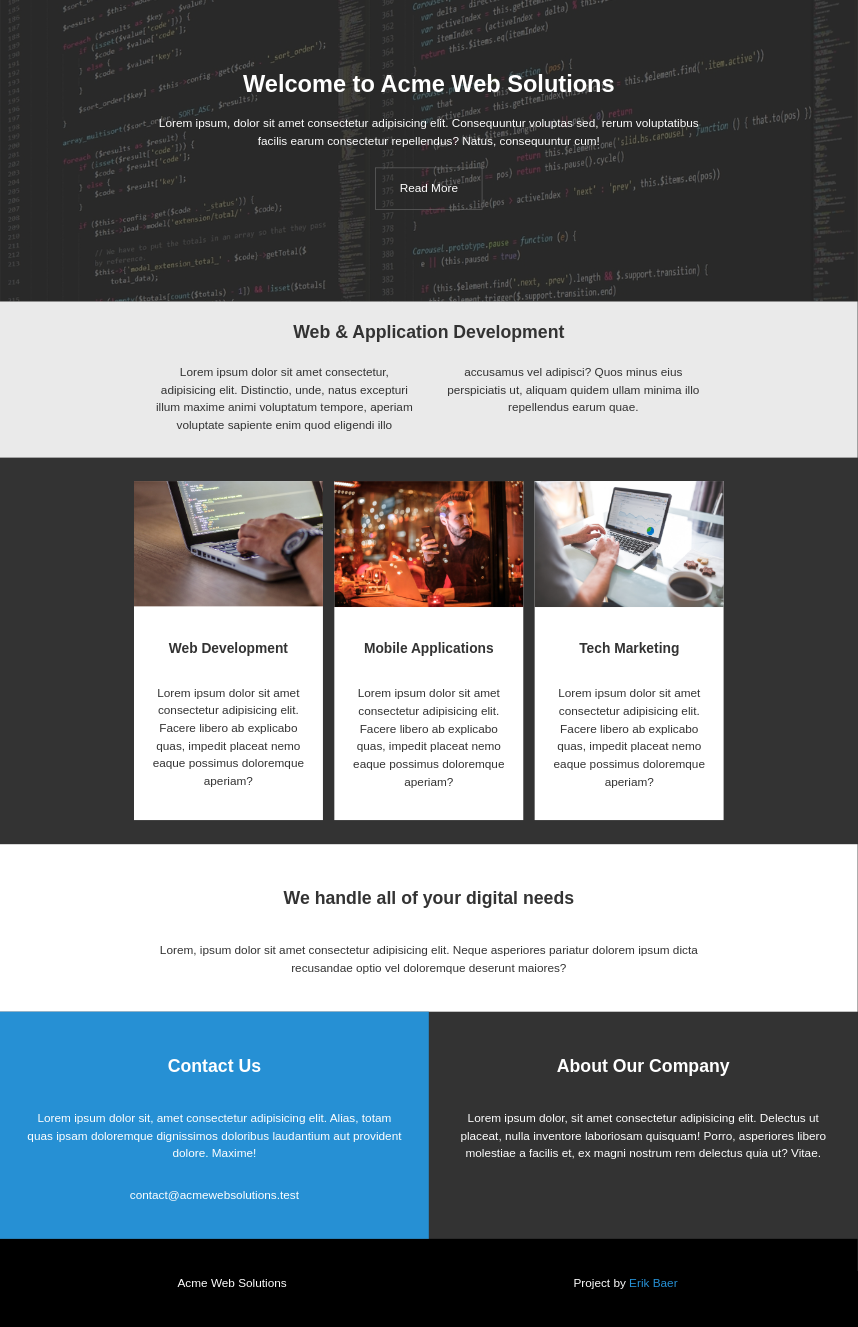
Repository: ErikBaer/MobileFirst
Page: index.html
These files come from the project's save history. The page is drawn as it stood at one moment and after the next save; the edit follows.
The browser window is 1280 px wide. The pictures show the whole page, at 67% of full size.

Above is the page before, as saved 2020-02-15 04:15:00.

### index.html
<!DOCTYPE html>
<html lang="en">
<head>
    <meta charset="UTF-8">
    <meta name="viewport" content="width=device-width, initial-scale=1.0">
    <link rel="stylesheet" type="text/css" href="style.css">
    <title>Acme Web Solutions</title>
</head>
<body>

<!--Header Showcase -->

   <header id="showcase" class="grid">
    <div class="bg-image"></div>
    <div class="content-wrap">
    <h1>Welcome to Acme Web Solutions</h1>
    <p>Lorem ipsum, dolor sit amet consectetur adipisicing elit.
         Consequuntur voluptas sed, rerum voluptatibus facilis
         earum consectetur repellendus? Natus, consequuntur cum!
        </p>
    <a href="#section-b" class="btn">Read More</a>
    </div>
</header>

<!-- Main Area -->

<main id="main">

    <!-- Section A -->

    <section id="section-a" class="grid">
        <div class="content-wrap">
            <h2 class="content-title">Web & Application Development</h2>
            <div class="content-text">
                <p>Lorem ipsum dolor sit amet consectetur, adipisicing elit.
                    Distinctio, unde, natus excepturi illum maxime animi
                    voluptatum tempore, aperiam voluptate sapiente enim quod
                    eligendi illo accusamus vel adipisci? Quos minus eius
                    perspiciatis ut, aliquam quidem ullam minima illo
                    repellendus earum quae.</p>
            </div>
        </div>
    </section>

    <!-- Section B -->

    <section id="section-b" class="grid">
        <ul>
            <li>
                <div class="card">
                    <img src="./Assets/Coding-Person.jpg" alt="">
                    <div class="card-content">
                        <h3 class="card-title">Web Development</h3>
                        <p>Lorem ipsum dolor sit amet consectetur
                            adipisicing elit. Facere libero ab explicabo
                            quas, impedit placeat nemo eaque possimus
                            doloremque aperiam?</p>
                    </div>
                </div>
            </li>
            <li>
                <div class="card">
                    <img src="./Assets/mobile-man.jpg" alt="">
                    <div class="card-content">
                        <h3 class="card-title">Mobile Applications</h3>
                        <p>Lorem ipsum dolor sit amet consectetur
                            adipisicing elit. Facere libero ab explicabo
                            quas, impedit placeat nemo eaque possimus
                            doloremque aperiam?</p>
                    </div>
                </div>
            </li>
            <li>
                <div class="card">
                    <img src="./Assets/charts.jpg" alt="">
                    <div class="card-content">
                        <h3 class="card-title">Tech Marketing</h3>
                        <p>Lorem ipsum dolor sit amet consectetur
                            adipisicing elit. Facere libero ab explicabo
                            quas, impedit placeat nemo eaque possimus
                            doloremque aperiam?</p>
                    </div>
                </div>
            </li>
        </ul>
    </section>

    <!-- Section C -->
    <section id="section-c" class="grid">
        <div class="content-wrap">
            <h2 class="content-title"> We handle all of your digital needs</h2>
            <p>Lorem, ipsum dolor sit amet consectetur adipisicing elit.
                Neque asperiores pariatur dolorem ipsum dicta recusandae
                 optio vel doloremque deserunt maiores?</p>
        </div>
    </section>

    <!-- Section D -->

    <section id="section-d" class="grid">
        <div class="box">
            <h2 class="content-title">Contact Us</h2>
            <p>Lorem ipsum dolor sit, amet consectetur adipisicing elit.
                 Alias, totam quas ipsam doloremque dignissimos doloribus
                 laudantium aut provident dolore. Maxime!</p>
            <p>contact@acmewebsolutions.test</p>
        </div>
        <div class="box">
            <h2 class="content-title">About Our Company</h2>
            <p>Lorem ipsum dolor, sit amet consectetur adipisicing elit.
                Delectus ut placeat, nulla inventore laboriosam quisquam!
                Porro, asperiores libero molestiae a facilis et, ex magni
                 nostrum rem delectus quia ut? Vitae.</p>
        </div>
    </section>
</main>

<!-- Footer -->

<footer id="main-footer" class="grid">
    <div>Acme Web Solutions</div>
    <div>Project by <a href="www.baerdata.de" target="blank">Erik Baer</a></div>
</footer>

</body>
</html>

### style.css
body {
    margin: 0;
    font-family: Arial, Helvetica, sans-serif;
    background-color: #333;
    color: white;
    font-size:1.1em;
    line-height: 1.5;
    text-align: center;
}

img {
    display:block;
    width:100%;
    height: auto;
}

h1, h2, h3 {
    margin:0;
    padding: 1em 0;
}

p {
    margin: 0;
    padding: 1em 0;
}

.btn {
    display: inline-block;
    background: 333;
    color: white;
    text-decoration: none;
    padding: 1em 2em;
    border: 1px solid #666;
    margin: .5em 0
}

.btn:hover {
  background: #eaeaea;
  color: #333;
}

/* Header Showcase */

#showcase {
    min-height: 450px;
    color: #fff;
    text-align: center;
}

#showcase .bg-image {
    position: absolute;
    background: #333 url(/Assets/code.jpg);
    background-position: center;
    background-repeat: no-repeat;
    background-size: cover;
    width: 100%;
    height: 450px;
    z-index: -1;
    opacity: 0.4;
}

#showcase h1 {
    padding-top: 100px;
    padding-bottom: 0;
}

#showcase .content-wrap,
#section-a .content-wrap {
    padding: 0 1.5em;
}


/* Section A */

#section-a {
    background: #eaeaea;
    color: #333;
    padding-bottom: 2em;
}


/* Section B */

#section-b {
    padding: 2em 1em 1em;
}

#section-b ul {
    list-style:none;
    margin:0;
    padding:0;
}

#section-b li {
    margin-bottom: 1em;
    background: #fff;
    color: #333;

}

.card-content {
    padding: 1.5em;
}

/* Section c */

#section-c {
    background: #fff;
    color: #333;
    padding: 2em;
}

/* Section D / Boxes */

#section-d .box {
    padding: 2em;
    color: #fff;
}

#section-d .box:first-child {
    background: #2690d4;
}

/* Footer */

#main-footer {
    padding: 3em;
    background: #000;
    color: white;
    text-align: center;
}

#main-footer a {
    color: #2690d4;
    text-decoration: none;
}

/* Media Queries */

@media(min-width: 700px) {
    .grid {
        display: grid;
        grid-template-columns: 1fr repeat(2, minmax(auto, 25em))1fr;
    }

    #section-a .content-text {
        columns: 2;
        column-gap: 2em;
    }

    #section-a .content-text p {
        padding-top: 0;
    }

    .content-wrap,
     #section-b ul {
         grid-column: 2/4;
     }

     .box, #main-footer div {
         grid-column: span 2;
     }

     #section-b ul {
        display: grid;
        grid-template-columns: repeat(3, 1fr);
        grid-column-gap: 1em;
      }


}

After the next save:
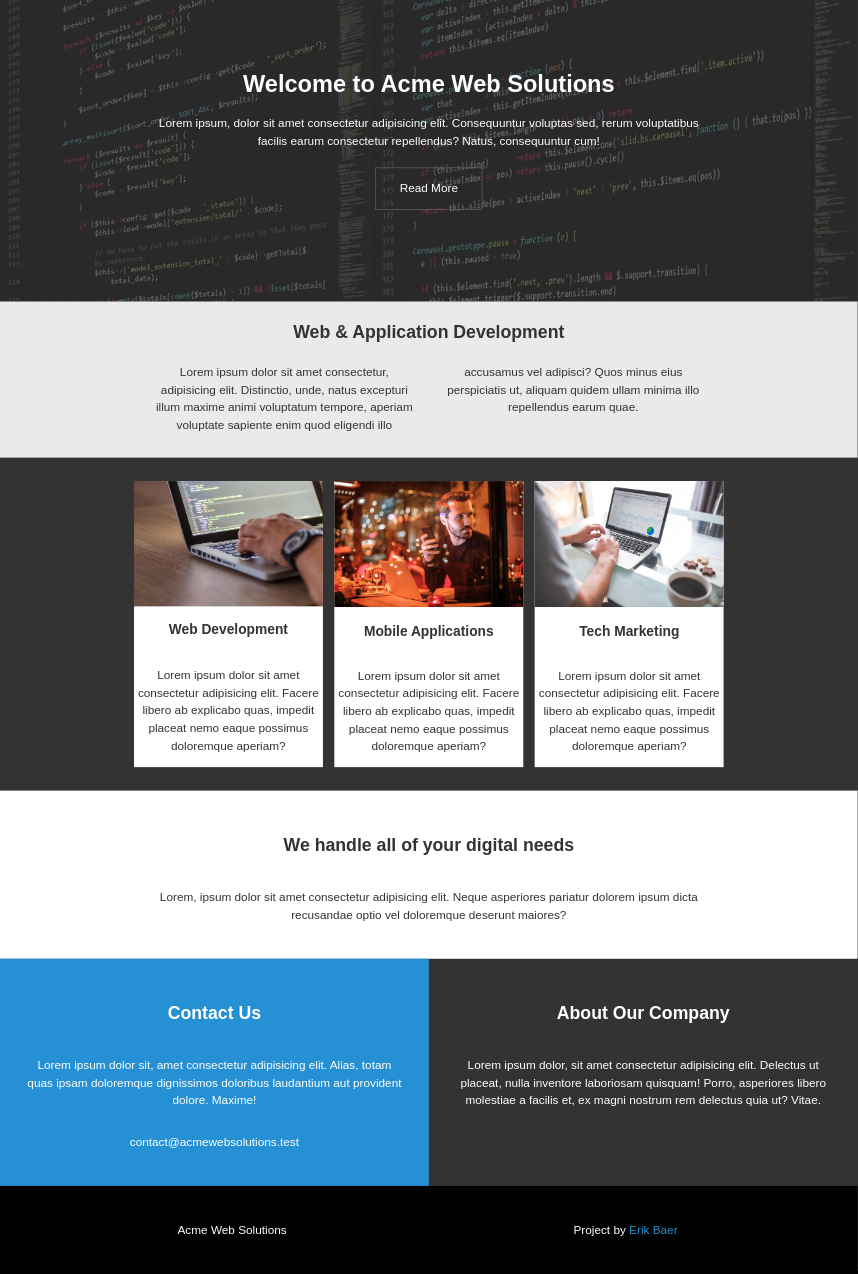
Saved 2 days later.
--- a/style.css
+++ b/style.css
@@ -99,7 +99,7 @@
 }
 
 .card-content {
-    padding: 1.5em;
+    /* padding: 1.5em; */
 }
 
 /* Section c */

After the save that followed:
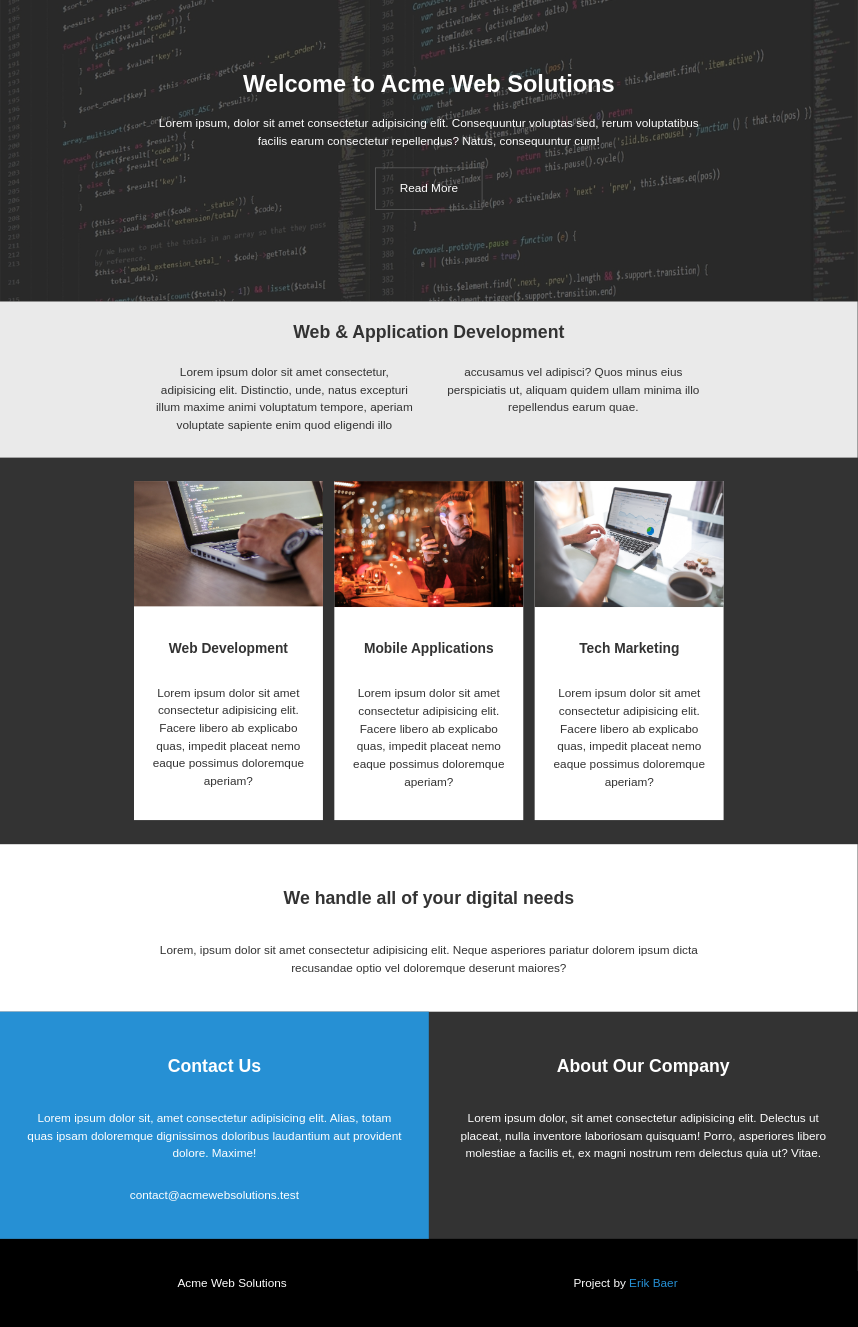
Saved 13 s later.
--- a/style.css
+++ b/style.css
@@ -99,7 +99,7 @@
 }
 
 .card-content {
-    /* padding: 1.5em; */
+    padding: 1.5em;
 }
 
 /* Section c */
